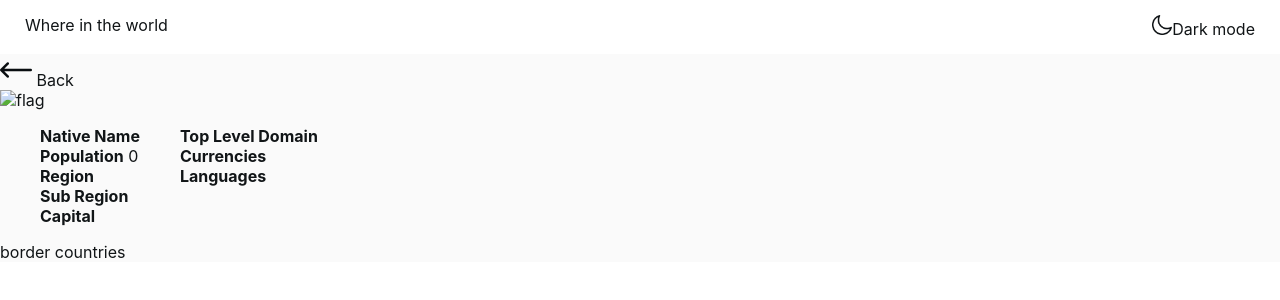
Repository: faithandjs/rest-countries-api
Page: /americas
These files come from the project's save history. The page is drawn as it stood at one moment and after the next save; the edit follows.
The browser window is 1280 px wide. The pictures show the whole page.
The page's requests for data from a server got no answer. The project was rebuilt for these pictures with package versions that can differ from the ones it lists, and the page was loaded fresh each time. No one was signed in, and anything a server would have sent is missing. Also part of the build but not shown: src/components/home.tsx.

Above is the page before, as saved 2022-04-14 23:13:30.

### src/App.tsx
import React from 'react';
import Home from './components/home';
import Details from './components/details';
import Nav from './components/nav';
import { Routes, Route } from "react-router-dom"
import Parent from './components/parent'

let path = 'americas'

function App() {
  return (
    <div className='app light'>
      <Parent>
        <Nav/>
        <Routes >
          <Route path='/' element={<Home/>}/>
          <Route path={path} element={<Details/>}/>
        </Routes>
      </Parent>
    </div>
  );
}

export default App;

### src/components/details.tsx
import React, {useContext} from 'react';
import { useEffect } from 'react';
import { useState } from 'react';
import { Link } from "react-router-dom";
import {Wrapper} from './parent';
import {contextType, detailsType} from './type'

//create state that is part of the redux ish that can be updated on click to
//1. change light and dark icons
//2. set a state with current country details
//3. set paths and alt texts
function Details() {
    const { details, currentIcons } = useContext(Wrapper) as contextType
    const [lang, setLang] = useState<any[]>([])

    useEffect(
        ()=>{
            let arr:any[] = []
           Object.entries(details.languages).forEach(([key, value], index) => {
            //console.log(`${index}: ${key} = ${value}`, details.languages);
                arr.push(value)
        })
            setLang(arr)
        }, [details]
    )
    return (
        <div className='details'>
            <div className='back'><img src={currentIcons.arrow} alt='left arrow, back icon'/> Back</div>
            <div className='content'>
                <div className='flag'><img src={details.flag} alt='flag'/></div>
                <div className='moreContent'>
                    <div className='name'>{details.name} </div>
                    <div className='lists'>
                        <ul>
                            <li><span>Native name</span> {details.nativeName}</li>
                            <li><span>Population</span> {details.population}</li>
                            <li><span>region</span> {details.region}</li>
                            <li><span>sub region</span> {details.subRegion}</li>
                            <li><span>capital</span> {details.capital}</li>
                        </ul>
                        <ul>
                            <li><span>top level domain</span> {details.tld}</li>
                            <li><span>currencies</span> {details.currencies.map((item, index) => {
                                    if(index === 0){
                                        return `${item}`
                                    }else{
                                        return `, ${item}`
                                    }
                                })}</li>
                            <li><span>languages</span>
                                {lang.map((item, index) => {
                                    if(index === 0){
                                        return `${item}`
                                    }else{
                                        return `, ${item}`
                                    }
                                })}
                            </li>

                        </ul>
                    </div>
                    {details.borders? <div><span>border countries</span>{details.borders}</div> : null}
                </div>
            </div>
        </div>
    );
}

export default Details;

### src/components/nav.tsx
import React, {useContext} from 'react';
import {Wrapper} from './parent';
import {contextType, currentIconsType} from './type'

function Nav() {
    const { currentIcons, changeClasses } = useContext(Wrapper) as contextType
console.log(currentIcons)
    return (
        <div className='navbar'>
            <div>Where in the world</div>
            <div onClick={() => changeClasses()} className='mode-box'>
                <img src={currentIcons.src} alt='mode icon' />
                <span>Dark mode</span>
            </div>
        </div>
    );
}

export default Nav;

### src/components/parent.tsx
import React, { createContext, useRef, useState, useEffect, useMemo, Props, ClassAttributes } from 'react';
import arrowBlack from './images/right-arrow.png'
import arrowWhite from './images/right-arrow (1).png'
import mode from './images/sleep-mode (1).png'
import modeFill from './images/sleep-mode (2).png'
import {arrItem, contextType, detailsType, items, currentIconsType} from './type'

export const Wrapper = createContext<contextType | null>(null)
const { Provider } = Wrapper
const Parent: React.FC<React.ReactNode> =({children}) => {
    const axios = require('axios').default;
    const [data, setData] = useState<arrItem[]>([])
    const modeIcons = {
        dark: {
            mode: modeFill,
            arrow: arrowWhite,
            text: 'Dark Mode'
        },
        light: {
            mode: mode,
            arrow: arrowBlack,
            text: 'Light Mode'
        }
    }
    const [details, setDetails] = useState<detailsType>({
        flag: '',
        name: '',
        nativeName: '',
        population: 0,
        region: '',
        subRegion: '',
        capital: [],
        tld: [],
        currencies: [],
        languages: {},
        borders: []
    })
    const getLS = localStorage.getItem('countries-data')
    const passed = useRef<boolean>(false)
    const native = useRef<string>('')
    const currency = useRef<string[]>([])
    const [currentIcons, setCurrentIcons] = useState<currentIconsType>({
        src: modeIcons.light.mode,
        arrow: modeIcons.light.arrow,
        text:  modeIcons.light.text
    })
    const changeClasses = () => {
        const box = document.querySelector('.app')?.classList
        if(document.querySelector('.light')){
             box?.add('dark')
             box?.remove('light')
             setCurrentIcons({
                src: modeIcons.dark.mode,
                arrow: modeIcons.dark.arrow,
                text:  modeIcons.dark.text
             })
        }else if(document.querySelector('.dark' )){
            setCurrentIcons({
                src: modeIcons.light.mode,
                arrow: modeIcons.light.arrow,
                text:  modeIcons.light.text
             })
            box?.add('light')
            box?.remove('dark')
        }
     }
    const settingDetails = (obj:items) => {
        data.map((item, index) => {
            if (item.name.common === obj.name){
            const active = data[index]
            const nativeNames = active.name.nativeName;
            Object.entries(nativeNames).forEach(([key, value], index) => {
                if (index === (Object.keys(nativeNames).length - 1)){
                    console.log(`${index}: ${key} = ${value.common}`);
                    native.current = value.common
                }
              });
              Object.entries(active.currencies).forEach(([key, value], index) => {
                currency.current.push(value.name)
              });
            console.log(index, active,active.borders)
            setDetails({
                flag: active.flags.svg,
                name: active.name.common,
                nativeName: native.current,
                population: active.population,
                region: active.region,
                subRegion: active.subregion,
                capital: active.capital,
                tld: active.tld,
                currencies: currency.current,
                languages: active.languages,
                borders: active.borders
            })
            }
        })

    }
    //console.log(details)
    useEffect(
        () => {
            if(!passed.current){
                if( getLS === 'undefined' || getLS === null || getLS === '[]'){
                axios.get('https://restcountries.com/v3.1/all')
                .then(function (response:any) {
                    setData(response.data)
                })
                .catch(function (error:any) {
                    console.log(error);
                  })
                }else{
                    setData(JSON.parse(getLS))
                }
                passed.current = true;
            }
        }
            ,[])
    const value:contextType = useMemo(
        () => ({data, details, currentIcons, changeClasses, settingDetails})
        , [data, details, currentIcons, changeClasses, settingDetails]
    )
    return (
        <Provider value={value}>
           {children}
        </Provider>
    );
}
export default Parent;

### src/components/style/style.scss
$DarkBlue: hsl(209, 23%, 22%); // (Dark Mode Elements)
$VeryDarkBlue: hsl(207, 26%, 17%); //(Dark Mode Background)
$VeryDark: hsl(200, 15%, 8%); //(Light Mode Text)
$DarkGray: hsl(0, 0%, 52%); //(Light Mode Input)
$VeryLightGray: hsl(0, 0%, 98%); // (Light Mode Background)
$White: hsl(0, 0%, 100%); //(Dark Mode Text & Light Mode Elements)
$shadow: 0px 0px 1px 0.2px ;
@mixin theme ($bg, $element, $text, $shadowColor) {
    background-color: $bg;
    color: $text;
    .navbar{
        background-color: $element;
        //bottttom box shadow
    }
    a:-webkit-any-link{
        color: $text;
    }
    .home{
        form{
            div{
                box-shadow: $shadow $shadowColor;
                input{
                    background-color: $element;
                }
                background-color: $element;
            }
            select{
                box-shadow: $shadow $shadowColor;
                background-color: $element;
                color: $text;
            }
        }
        .all-flags{
            .a-flag{
                background-color: $element;
                box-shadow: $shadow $shadowColor;
            }
        }
    }
}
.dark{
    @include theme($VeryDarkBlue, $DarkBlue , $White, $VeryDark)
}
.light{
    @include theme($VeryLightGray, $White , $VeryDark, $DarkGray )
}
.navbar{
    display: flex;
    justify-content: space-between;
    padding: 15px 25px;
    img{
        width: 20px;
        //margin: ;
    }
    //color at the bottom?
    //also this part is diffrent from background
}
.navbar::after {
    content: '';
    position: absolute;
    width: 100%;
    height: 10px;
    top: 0;
    left: 0;
    z-index: -1;
    box-shadow: 0px 0px 10px 1px rgba(0, 0, 0, 0.75);
}
.details {
    .back{
        img{
            transform: rotate(180deg);
        }
    }
    .content{
        .flag{
            img{
                width: 700px;
            }
        }
        .moreContent{

            .name{
                font-weight: bold;
            }
            .lists{
                display: flex;
                ul{
                    list-style-type: none;
                    span{
                        font-weight: bold;
                        text-transform: capitalize;
                    }
                }
            }
        }
    }
}
a:-webkit-any-link {
    text-decoration: none;
}
.home{
    form{
        display: flex;
        justify-content: space-between;
        padding: 25px;
        input, select{
            outline: 0;
        }
        div{
            width: 300px;
            padding: 15px 7px;
            display: flex;
            border-radius: 4px;
            img{
                width: 17px;
                padding: 0 10px;
            }
            input{
                border: 0;
            }
        }
        select{
            border-radius: 4px;
            width: 130px;
            border: 0;
            padding: 15px 7px;
        }
    }
    .all-flags{
        display: flex;
        flex-wrap: wrap;
        justify-content: space-around;
        margin: 0 15px;
        .a-flag{
            margin: 0 15px 35px;
            //padding: 10px;
            width: 280px;
            height: 330px;
            border-radius: 7px;
            //background-color: $White; //set!!!!!!
            .flag-box{
                height: 170px;
                width: 100%;
                img{
                    width: -webkit-fill-available;
                    height: 100%;
                    object-fit: fill;
                    border-top-left-radius: 7px;
                    border-top-right-radius: 7px;
                }
            }
            .text{
                padding: 0 6px;
                span{
                    text-transform: capitalize;
                    font-weight: bold;
                }
            }
        }
    }//0px 0px 4px 0.3px hsl(200deg 15% 8%) box shadow
}

Loaded but not shown: src/index.tsx (common file); src/index.css (common file); src/reportWebVitals.ts (common file)

After the next save:
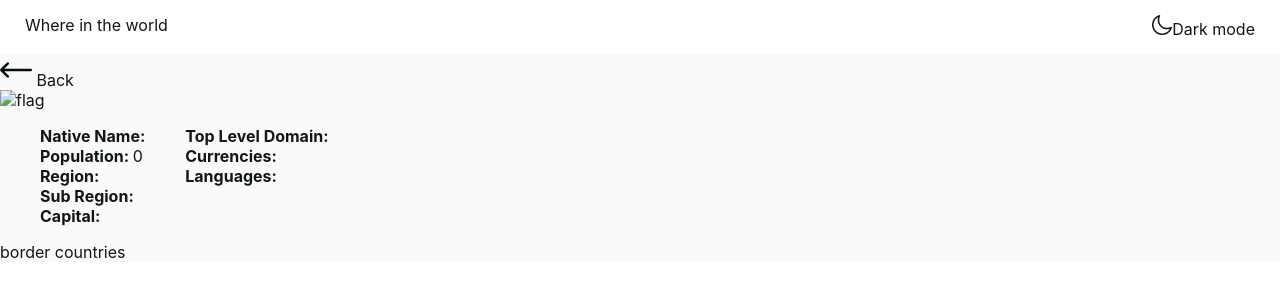
Saved 95 s later.
--- a/src/components/details.tsx
+++ b/src/components/details.tsx
@@ -32,22 +32,22 @@ function Details() {
                     <div className='name'>{details.name} </div>
                     <div className='lists'>
                         <ul>
-                            <li><span>Native name</span> {details.nativeName}</li>
-                            <li><span>Population</span> {details.population}</li>
-                            <li><span>region</span> {details.region}</li>
-                            <li><span>sub region</span> {details.subRegion}</li>
-                            <li><span>capital</span> {details.capital}</li>
+                            <li><span>Native name: </span>{details.nativeName}</li>
+                            <li><span>Population: </span>{details.population}</li>
+                            <li><span>region: </span>{details.region}</li>
+                            <li><span>sub region: </span>{details.subRegion}</li>
+                            <li><span>capital: </span>{details.capital}</li>
                         </ul>
                         <ul>
-                            <li><span>top level domain</span> {details.tld}</li>
-                            <li><span>currencies</span> {details.currencies.map((item, index) => {
+                            <li><span>top level domain: </span>{details.tld}</li>
+                            <li><span>currencies: </span>{details.currencies.map((item, index) => {
                                     if(index === 0){
                                         return `${item}`
                                     }else{
                                         return `, ${item}`
                                     }
                                 })}</li>
-                            <li><span>languages</span>
+                            <li><span>languages: </span>
                                 {lang.map((item, index) => {
                                     if(index === 0){
                                         return `${item}`
